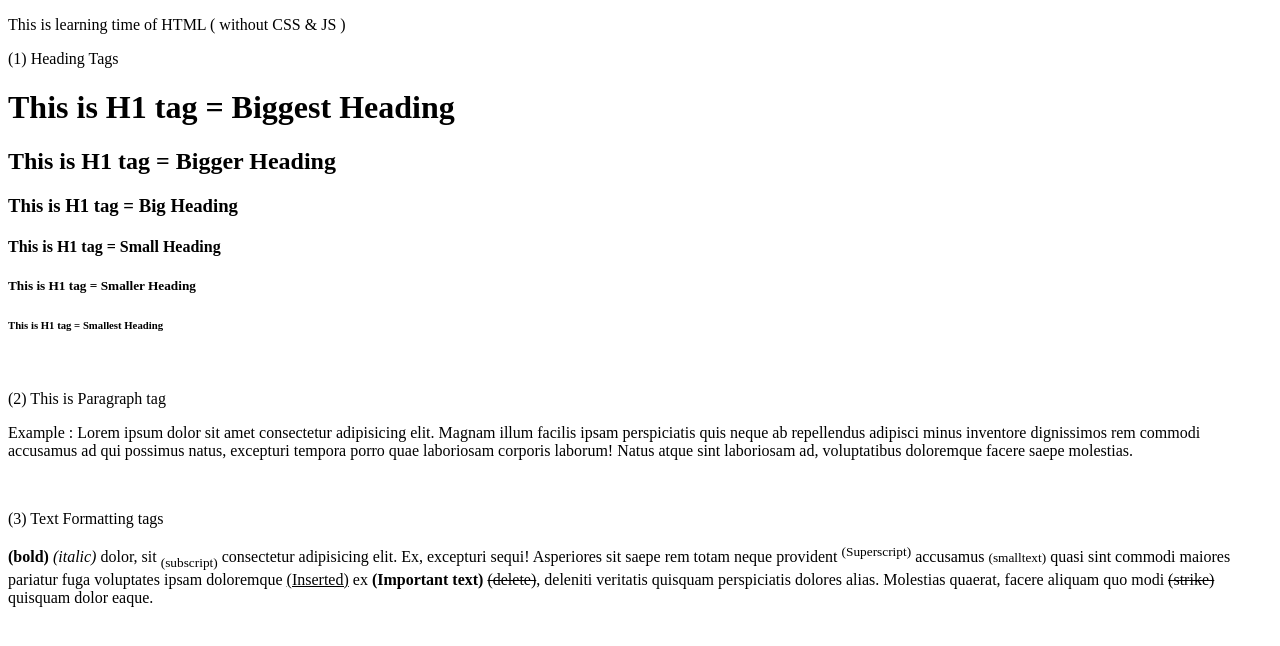
Repository: diptods/Frontend-in-60-DAYS
Page: Day01/learning/learn.html
The author's editor kept a copy of each file at every save. The page is drawn from the files as they stood at one save, then again after the next save.
The browser window is 1280 px wide. The pictures show the whole page.

Above is the page before, as saved 2026-05-28 11:53:03.

After the next save:
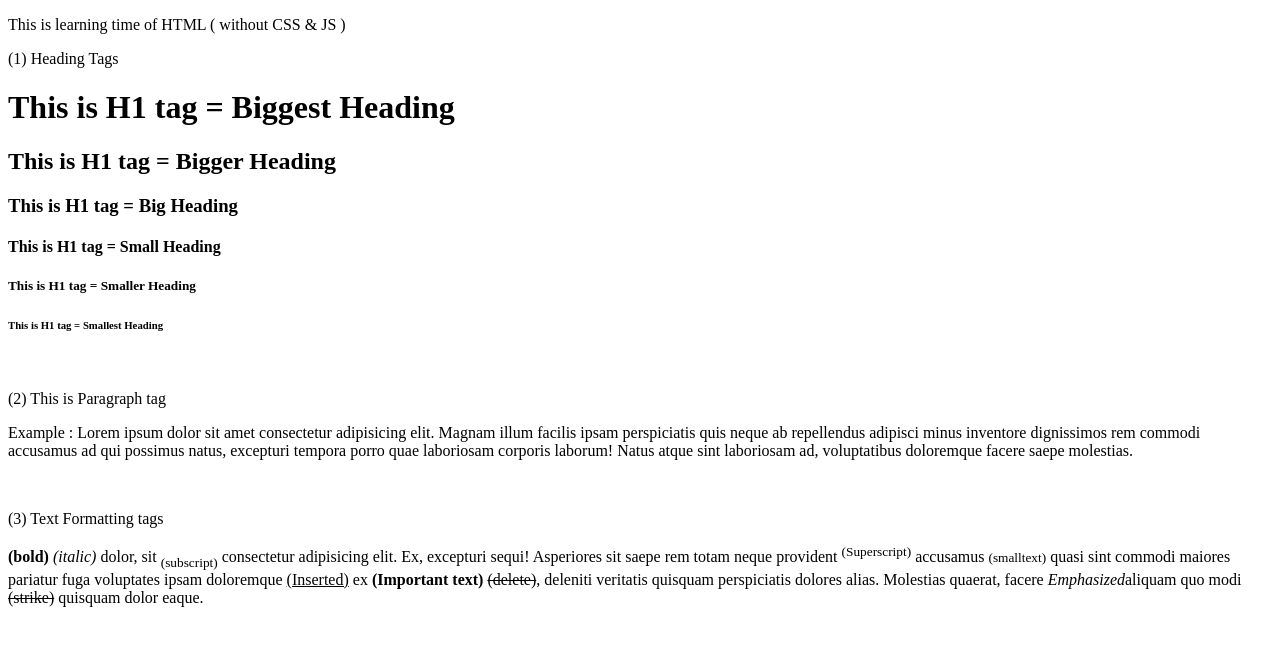
Saved 23 s later.
--- a/Day01/learning/learn.html
+++ b/Day01/learning/learn.html
@@ -27,7 +27,7 @@
     <p><b>(bold)</b> <i>(italic)</i> dolor, sit <sub>(subscript)</sub> consectetur adipisicing elit. Ex, excepturi sequi! Asperiores sit saepe rem totam
         neque provident <sup>(Superscript)</sup> accusamus <small>(smalltext)</small> quasi sint commodi maiores pariatur fuga voluptates ipsam doloremque
         <ins>(Inserted)</ins> ex <strong>(Important text)</strong> <del>(delete)</del>, deleniti veritatis quisquam perspiciatis dolores alias. Molestias quaerat, facere
-        aliquam quo modi <strike>(strike)</strike> quisquam dolor eaque.</p>
+        <em>Emphasized</em>aliquam quo modi <strike>(strike)</strike> quisquam dolor eaque.</p>
 </body>
 
 </html>
